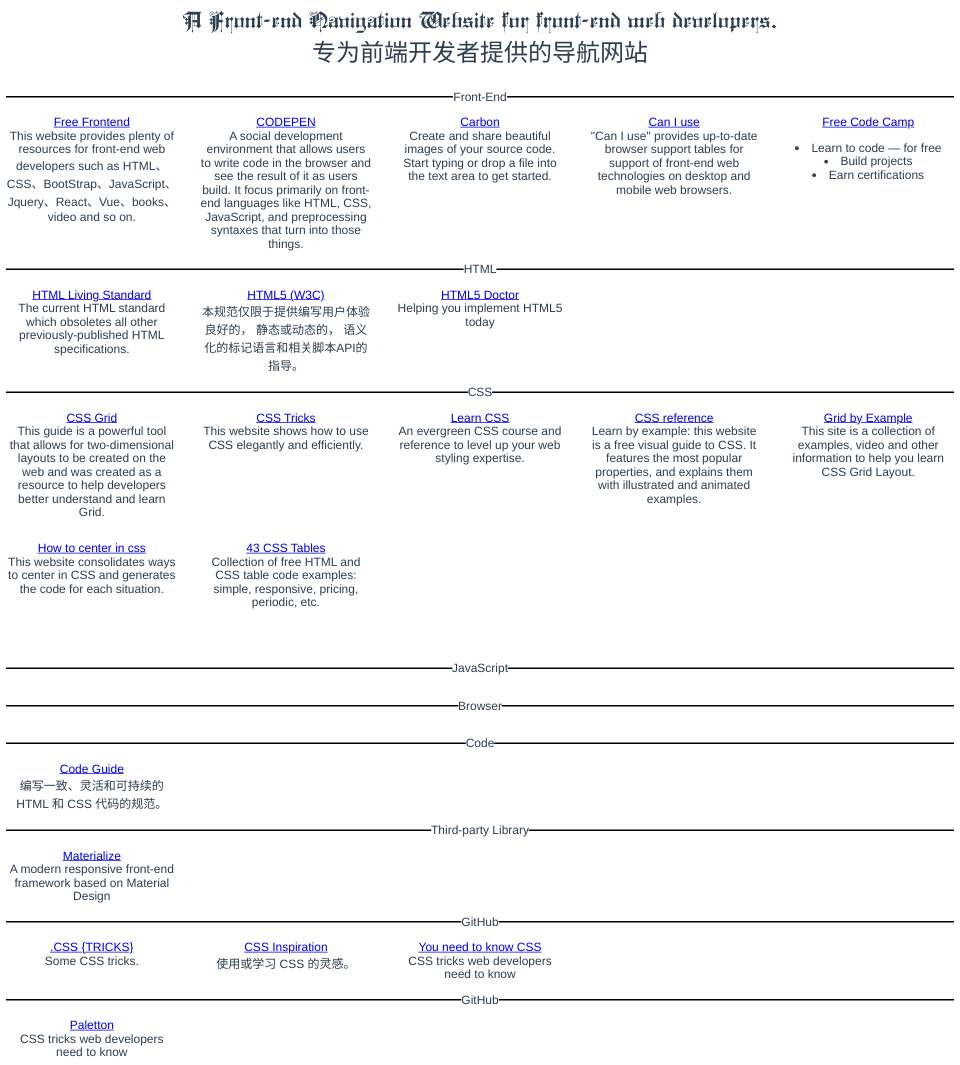
Repository: 321paranoiawhy/fenav.io
Page: /
The author's editor kept a copy of each file at every save. The page is drawn from the files as they stood at one save, then again after a run of saves.
The browser window is 1280 px wide. The pictures show the whole page, at 75% of full size.
The project was rebuilt for these pictures with package versions that can differ from the ones it lists, and the page was loaded fresh each time. Also part of the build but not shown: vue.config.js.

Above is the page before, as saved 2022-04-06 01:34:03.

After the next 2 saves:
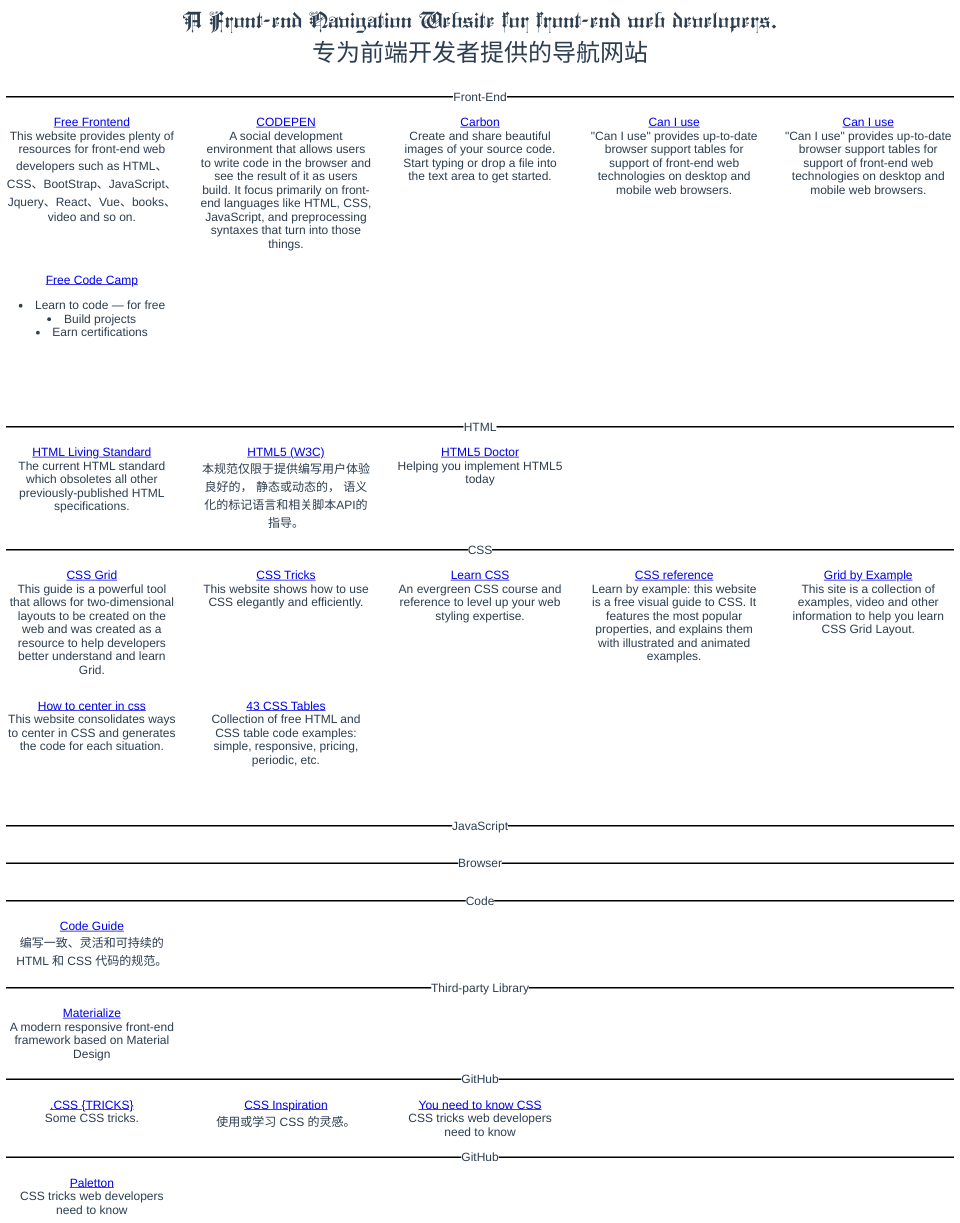
The 2 saves are shown as one change because they came seconds apart.
The last was saved 76 s later.
--- a/src/views/HomeView.vue
+++ b/src/views/HomeView.vue
@@ -33,6 +33,14 @@
         </div>
         <div class="card">
             <a class="url" href="https://caniuse.com/">Can I use</a>
+            <div class="description">
+                "Can I use" provides up-to-date browser support tables for
+                support of front-end web technologies on desktop and mobile web
+                browsers.
+            </div>
+        </div>
+        <div class="card">
+            <a class="url" href="https://developer.mozilla.org/zh-CN/">Can I use</a>
             <div class="description">
                 "Can I use" provides up-to-date browser support tables for
                 support of front-end web technologies on desktop and mobile web
